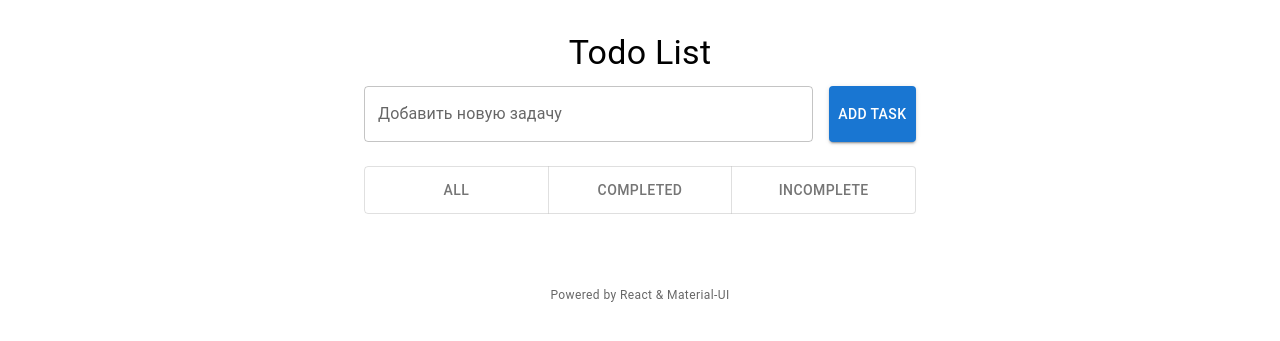
Repository: tobiaskoira/simple_web_service
Page: / (app in client/)
The author's editor kept a copy of each file at every save. The page is drawn from the files as they stood at one save, then again after the next save.
The browser window is 1280 px wide. The pictures show the whole page.
The page's requests for data from a server got no answer. The project was rebuilt for these pictures with package versions that can differ from the ones it lists, and the page was loaded fresh each time. No one was signed in, and anything a server would have sent is missing.

Above is the page before, as saved 2024-12-22 23:29:38.

After the next save:
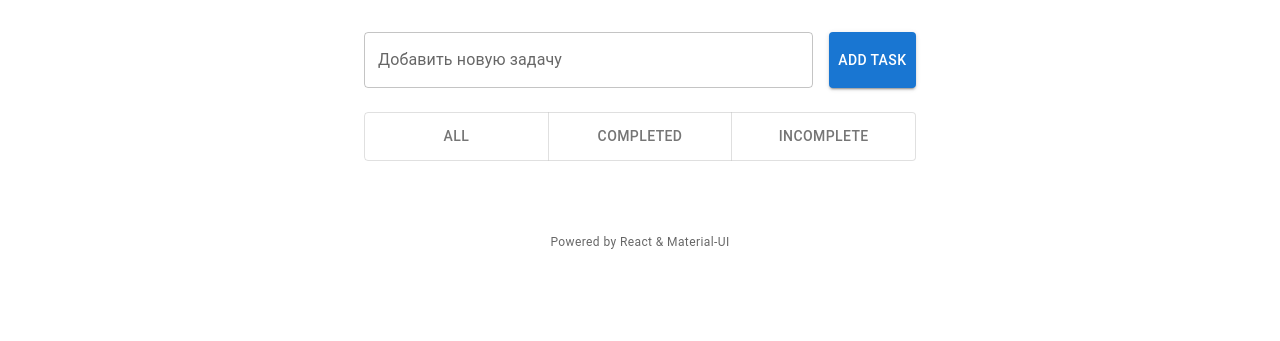
Saved 13 s later.
--- a/client/src/App.js
+++ b/client/src/App.js
@@ -69,7 +69,7 @@ const App = () => {
     return (
         <Container maxWidth="sm" sx={{ mt: 4 }}>
             <Typography variant="h4" align="center" gutterBottom>
-                Todo List
+
             </Typography>
 
             {/* Task input */}
